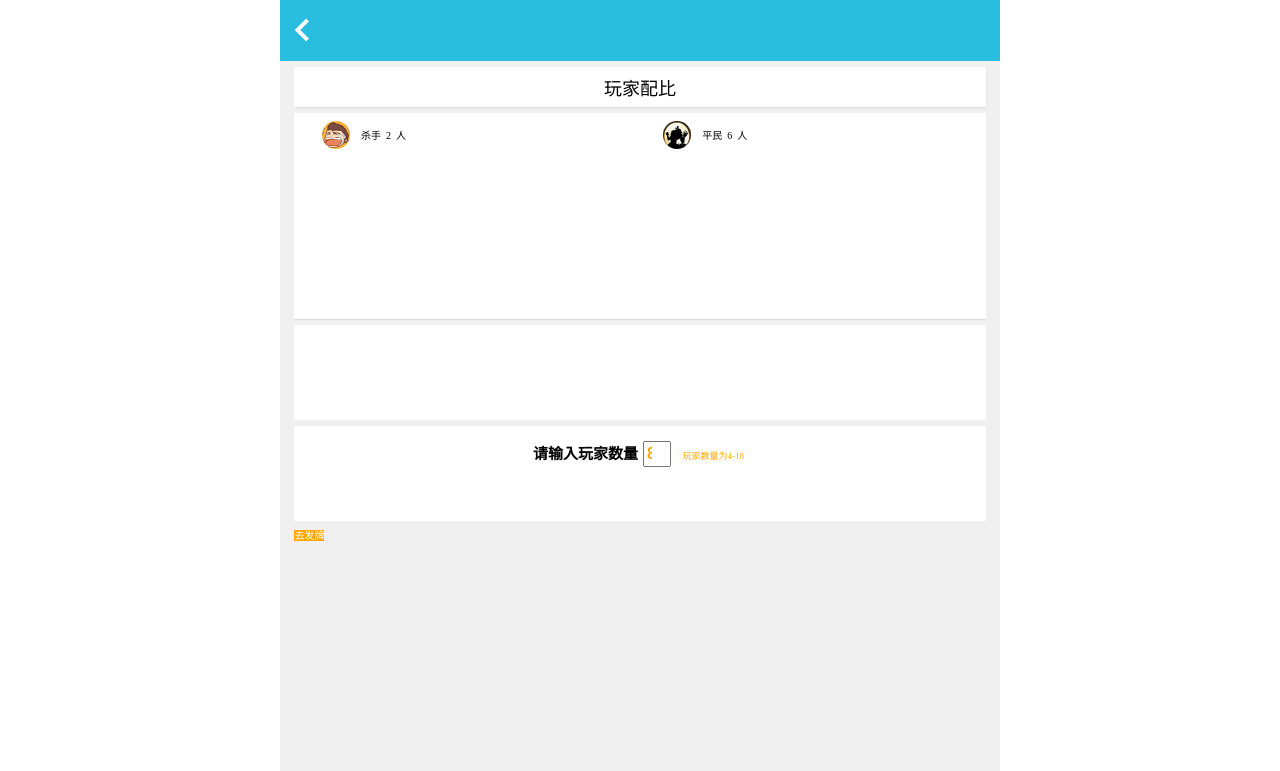
Repository: leozhangpd/My-Codes
Page: JS/two-project/deploy_page.html
These files come from the project's save history. The page is drawn as it stood at one moment and after the next save; the edit follows.
The browser window is 1280 px wide. The pictures show the whole page.

Above is the page before, as saved 2020-11-09 17:44:51.

After the next save:
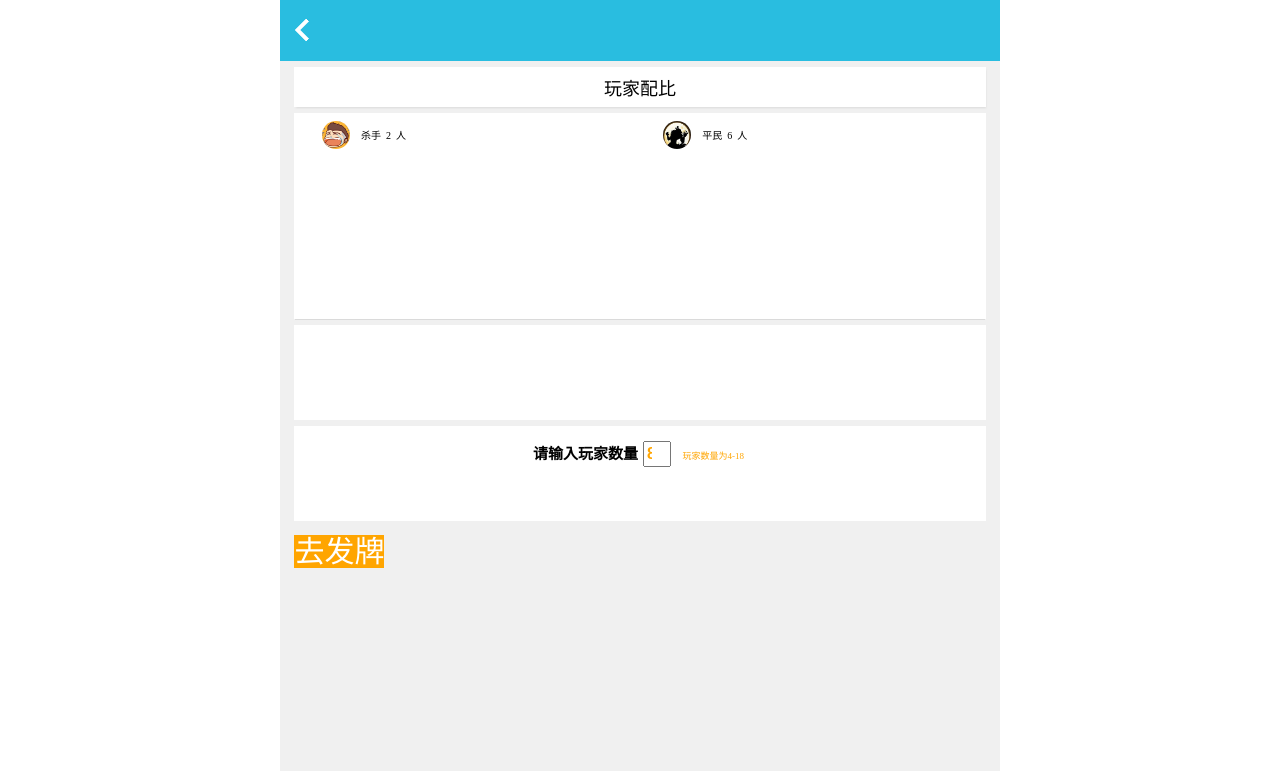
Saved 5 s later.
--- a/JS/two-project/css/deploy_page.css
+++ b/JS/two-project/css/deploy_page.css
@@ -93,7 +93,7 @@ main>*{background-color: #fff;}
     transform: scale(0.9);
 }
 #btn{
-    font-size: ;
+    font-size: 3rem;
     color: white;
     background: orange;
 }
